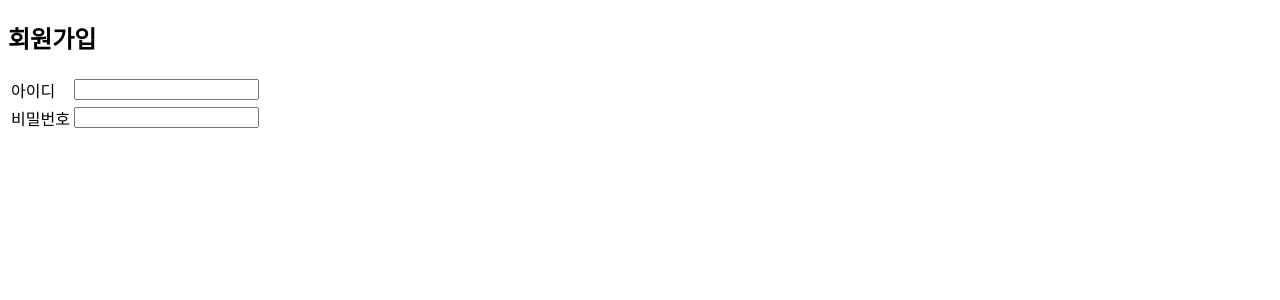
Repository: Idooru/academy_servlet
Page: pro07/WebContent/memberForm.html
An editor plug-in stored every save of this project. The page is shown before and after the next save, followed by the edit.
The browser window is 1280 px wide. The pictures show the whole page.

Above is the page before, as saved 2023-09-05 00:48:38.

After the next save:
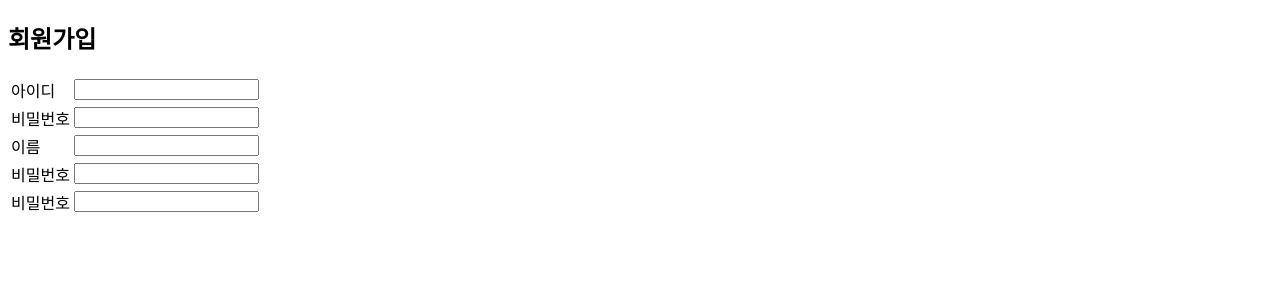
Saved 42 s later.
--- a/pro07/WebContent/memberForm.html
+++ b/pro07/WebContent/memberForm.html
@@ -19,6 +19,18 @@
 				<td>비밀번호</td>
 				<td><input type="password" name="pwd" /></td>
 			</tr>
+			<tr>
+				<td>이름</td>
+				<td><input type="text" name="name" /></td>
+			</tr>
+			<tr>
+				<td>비밀번호</td>
+				<td><input type="password" name="pwd" /></td>
+			</tr>
+			<tr>
+				<td>비밀번호</td>
+				<td><input type="password" name="pwd" /></td>
+			</tr>
 		</table>
 	</form>
 
